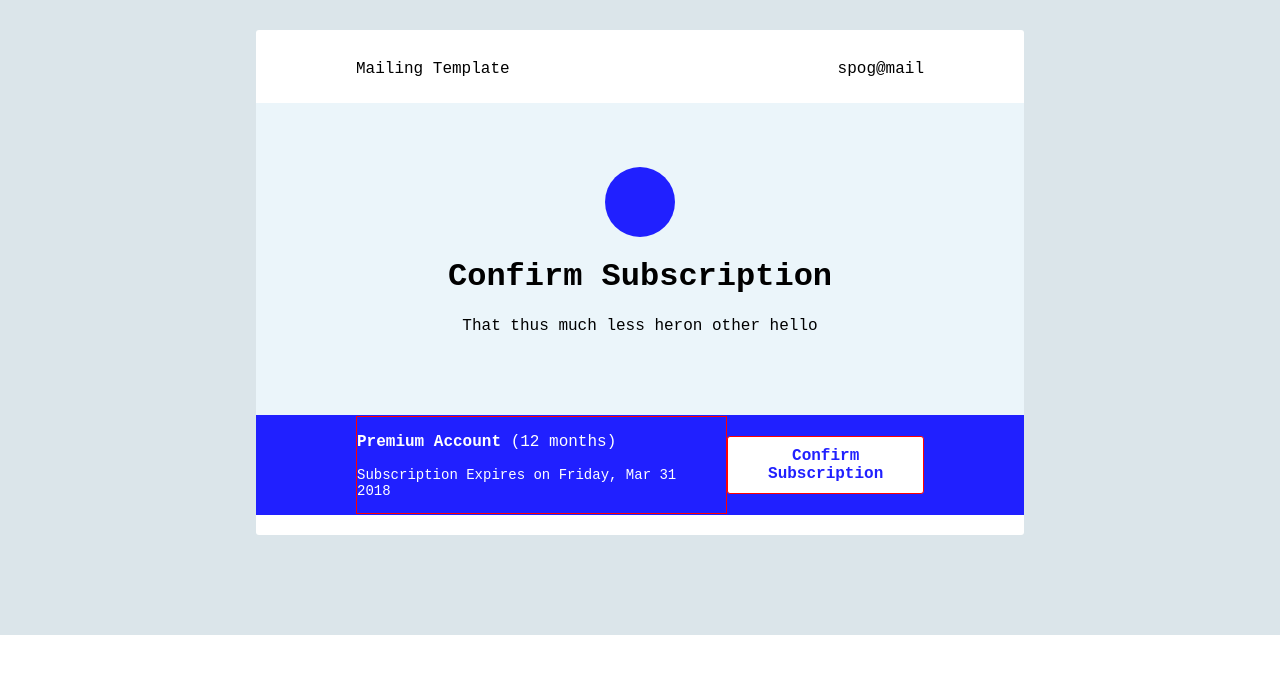
Repository: Lecon-Git/Appmail-Template
Page: mail.html
An editor plug-in stored every save of this project. The page is shown before and after the next save, followed by the edit.
The browser window is 1280 px wide. The pictures show the whole page.

Above is the page before, as saved 2021-11-01 22:05:35.

### mail.html
<!DOCTYPE html>
<html lang="en">

<head>
    <meta charset="UTF-8">
    <meta http-equiv="X-UA-Compatible" content="IE=edge">
    <meta name="viewport" content="width=device-width, initial-scale=1.0">
    <title>Service Confirmation</title>
    <link rel="stylesheet" href="css/mail.css">
</head>

<body>
    <div class="container">
        <div class="main">
            <div class="head_1">
                <span class="logo">Mailing Template</span>
                <span class="username">spog@mail</span>
            </div>
            <div class="subscribe">
                <div class="circle"></div>
                <h1>Confirm Subscription</h1>
                <p>That thus much less heron other hello</p>
            </div>
            <div class="premium">
                <div class="text">
                    <p><strong>Premium Account</strong> (12 months)</p>
                    <p id="small">Subscription Expires on Friday, Mar 31 2018</p>
                </div>
                <div class="sub_btn">Confirm Subscription</div>
            </div>
        </div>
    </div>
</body>

</html>

### css/mail.css
body {
    margin: 0;
    font-family: "Courier New", Courier, monospace;
}

.container {
    padding: 30px 0 100px;
    background-color: #dbe5ea;
}

.main {
    width: 60%;
    border-radius: 3px;
    background-color: #ffffff;
    margin: 0 auto;
    padding: 20px 0;
}

.head_1 {
    display: flex;
    flex-direction: row;
    padding: 10px 100px 25px;
}

.head_1 span {
    flex: 1;
}

.logo {}

.username {
    text-align: right;
}

.subscribe {
    background-color: #ebf5fa;
    padding: 64px 0;
    text-align: center;
}

.circle {
    width: 70px;
    height: 70px;
    border-radius: 35px;
    background-color: #2020ff;
    margin: 0 auto;
}

.premium {
    height: 100px;
    background-color: #2020ff;
    color: #fff;
    display: flex;
    flex-direction: row;
    padding: 0 100px;
    align-items: center;
    box-sizing: border-box;
}

.text {
    border: 1px solid red;
    flex: 2;
    font-size: 16px;
    padding-right: 20px;
    box-sizing: border-box;
}

#small {
    font-size: 14px;
}

.sub_btn {
    border: 1px solid red;
    flex: 1;
    font-size: 16px;
    background-color: #fff;
    color: #2020ff;
    padding: 10px;
    text-align: center;
    border-radius: 3px;
    font-weight: bolder;
    box-sizing: border-box;
}

After the next save:
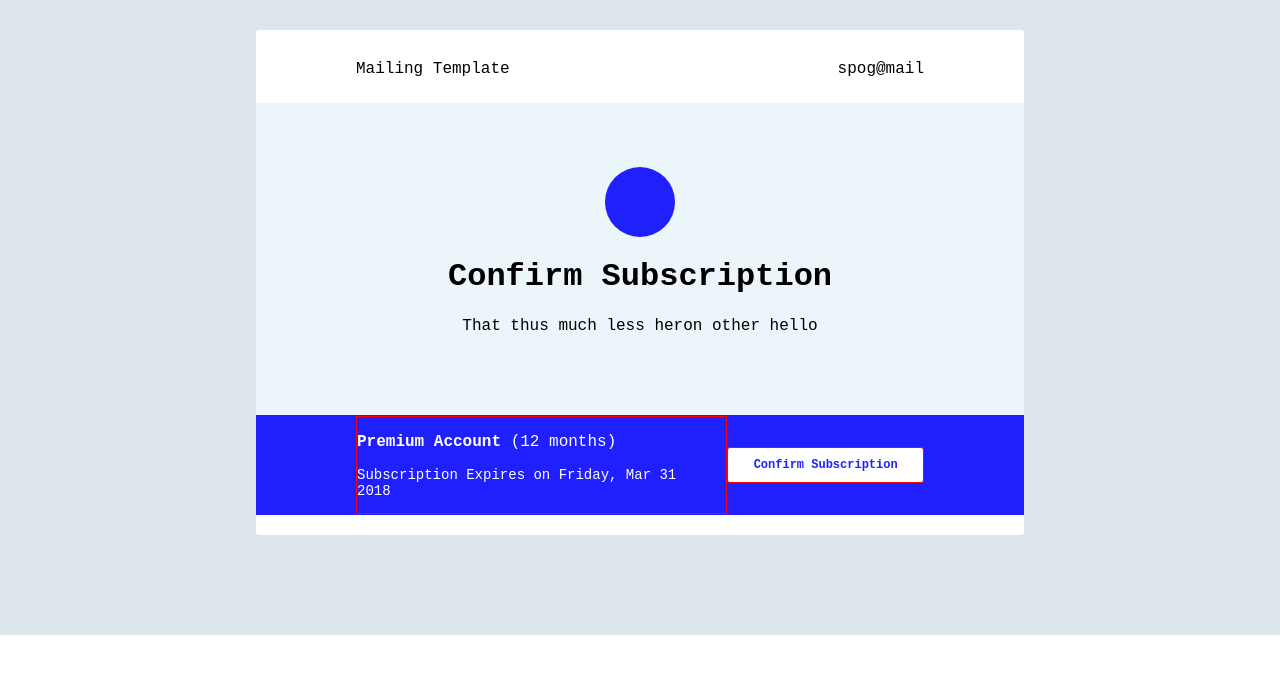
Saved 7 s later.
--- a/css/mail.css
+++ b/css/mail.css
@@ -72,7 +72,7 @@
 .sub_btn {
     border: 1px solid red;
     flex: 1;
-    font-size: 16px;
+    font-size: 12px;
     background-color: #fff;
     color: #2020ff;
     padding: 10px;

After the save that followed:
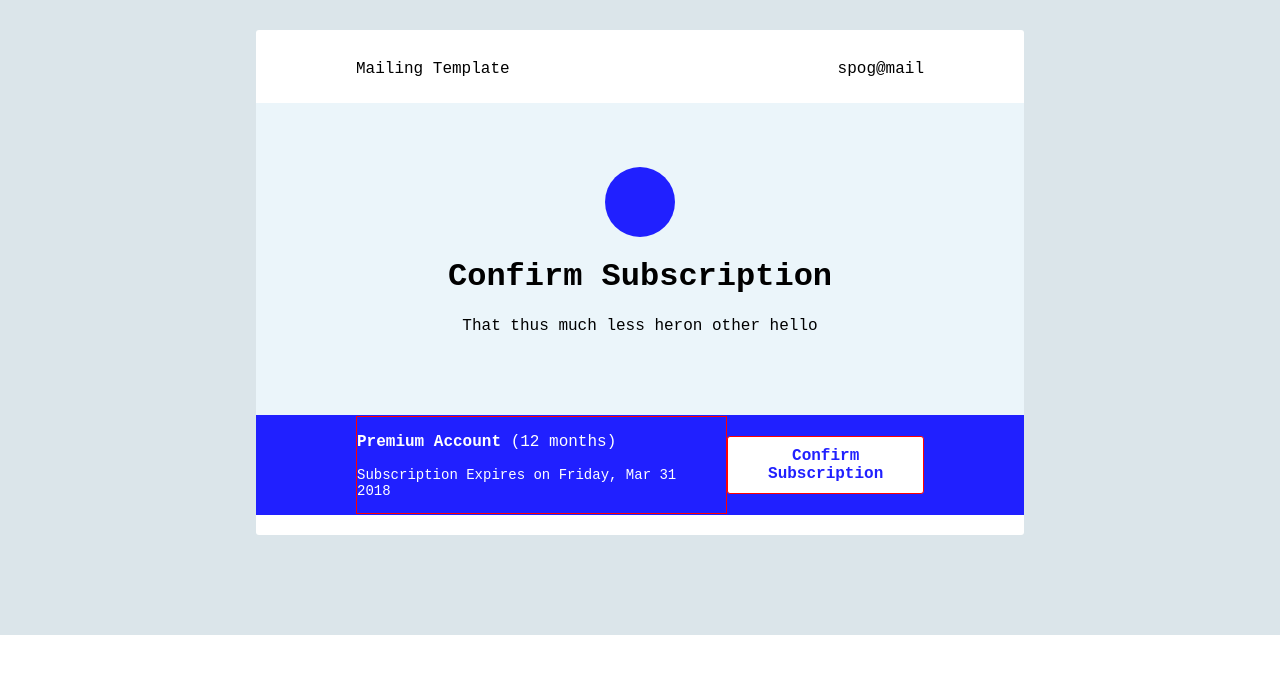
Saved 10 s later.
--- a/css/mail.css
+++ b/css/mail.css
@@ -72,7 +72,7 @@
 .sub_btn {
     border: 1px solid red;
     flex: 1;
-    font-size: 12px;
+    font-size: 16px;
     background-color: #fff;
     color: #2020ff;
     padding: 10px;
